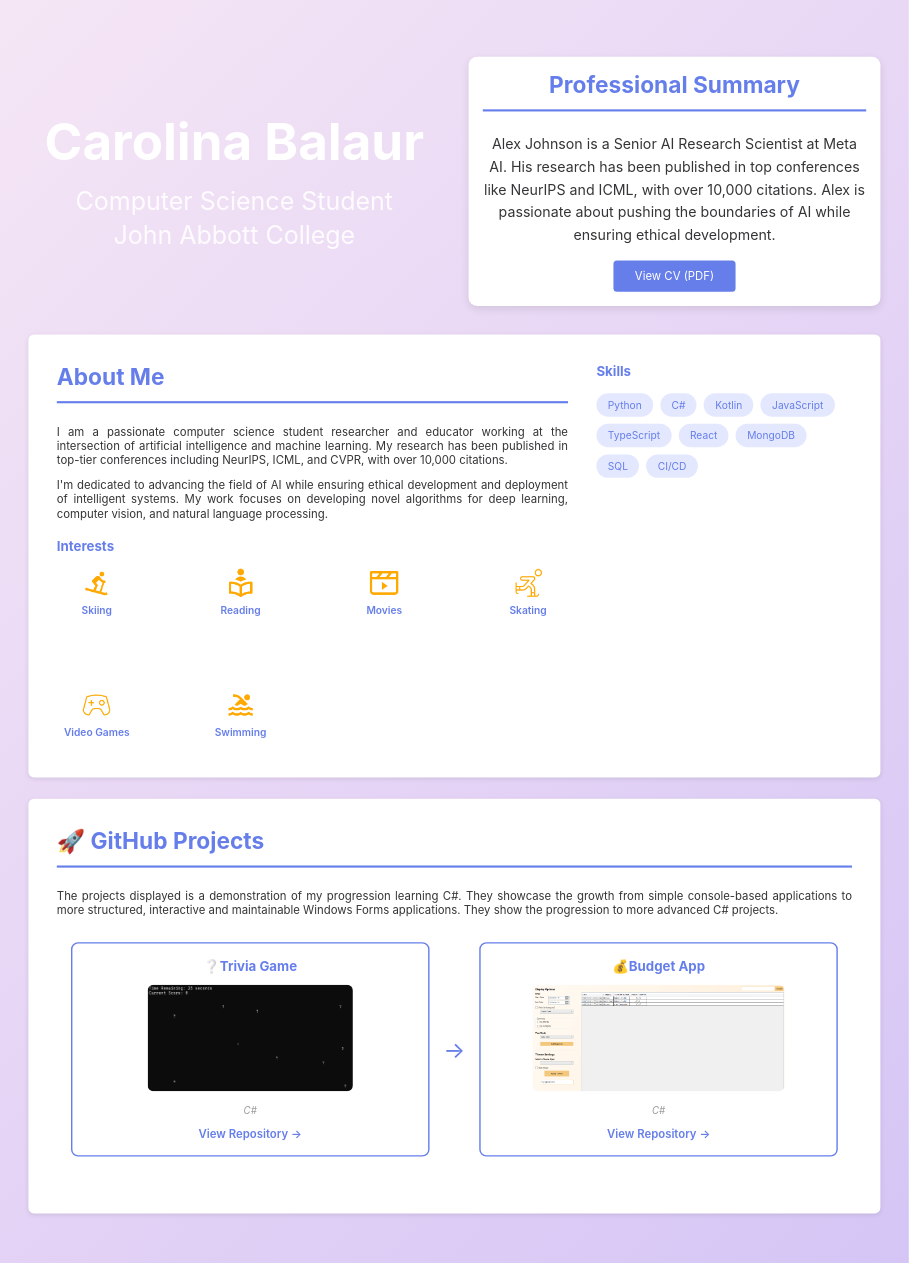
Repository: cocobalaur/portfolio
Page: index.html
The author's editor kept a copy of each file at every save. The page is drawn from the files as they stood at one save, then again after the next save.
The browser window is 1280 px wide. The pictures show the whole page, at 71% of full size.

Above is the page before, as saved 2025-12-06 23:54:02.

After the next save:
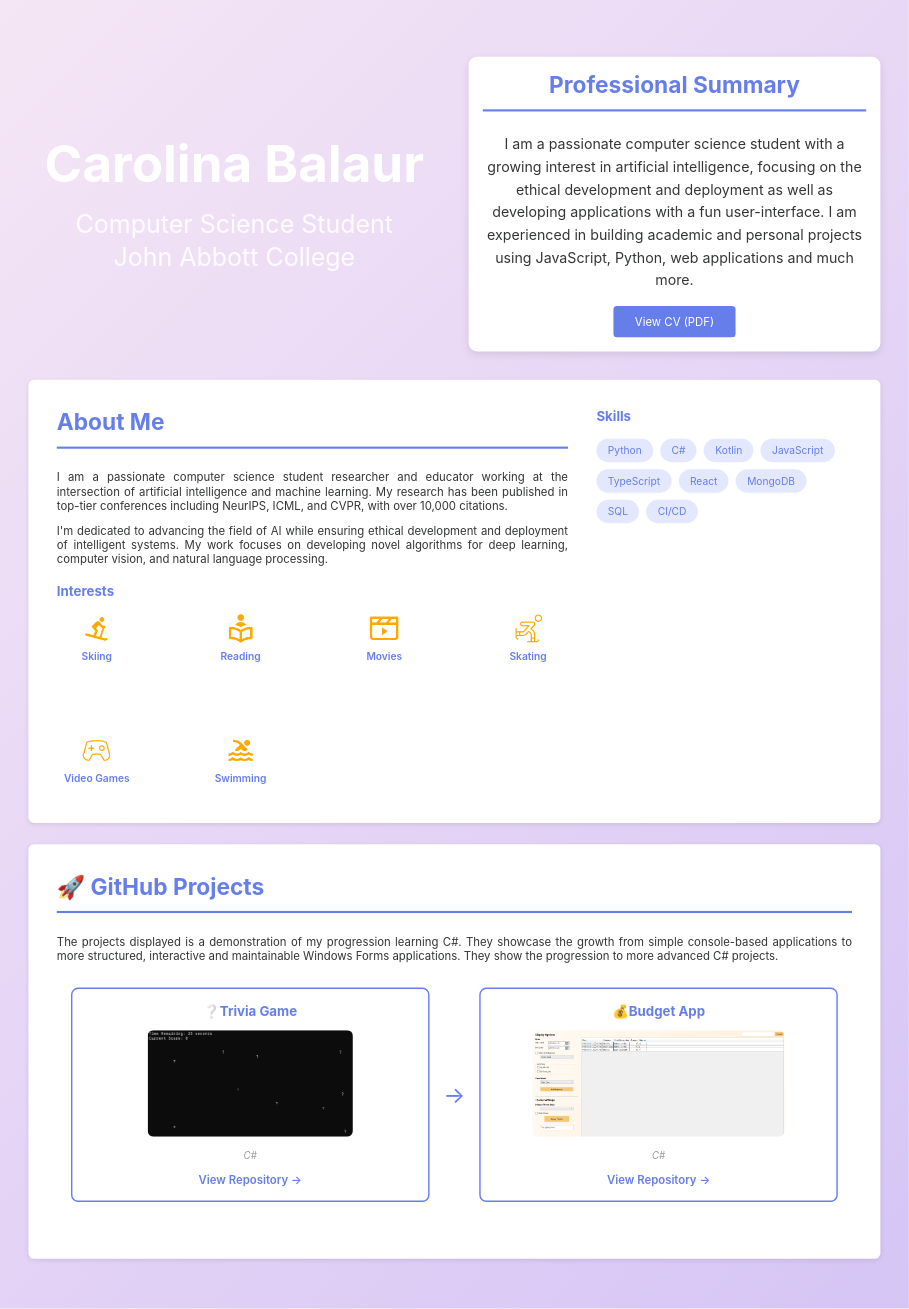
Saved 8 min 49 s later.
--- a/index.html
+++ b/index.html
@@ -23,11 +23,12 @@
                 <div class="header-sidebar">
 
                     <h2 class="section-title">Professional Summary</h2>
-                    <p>Alex Johnson is a Senior AI Research Scientist at Meta AI. His research has been
-                        published in top
-                        conferences like NeurIPS and ICML, with over 10,000 citations.
-                        Alex is passionate about pushing the boundaries of AI while ensuring
-                        ethical development.</p>
+                    <p>
+                        I am a passionate computer science student with a growing interest in artificial intelligence,
+                        focusing on the ethical development and deployment as well as developing applications with a fun
+                        user-interface. I am experienced in building academic and personal projects using JavaScript,
+                        Python, web applications and much more.
+                    </p>
 
 
                     <a href="CarolinaBalaur.pdf" class="btn-primary" target="_blank">
